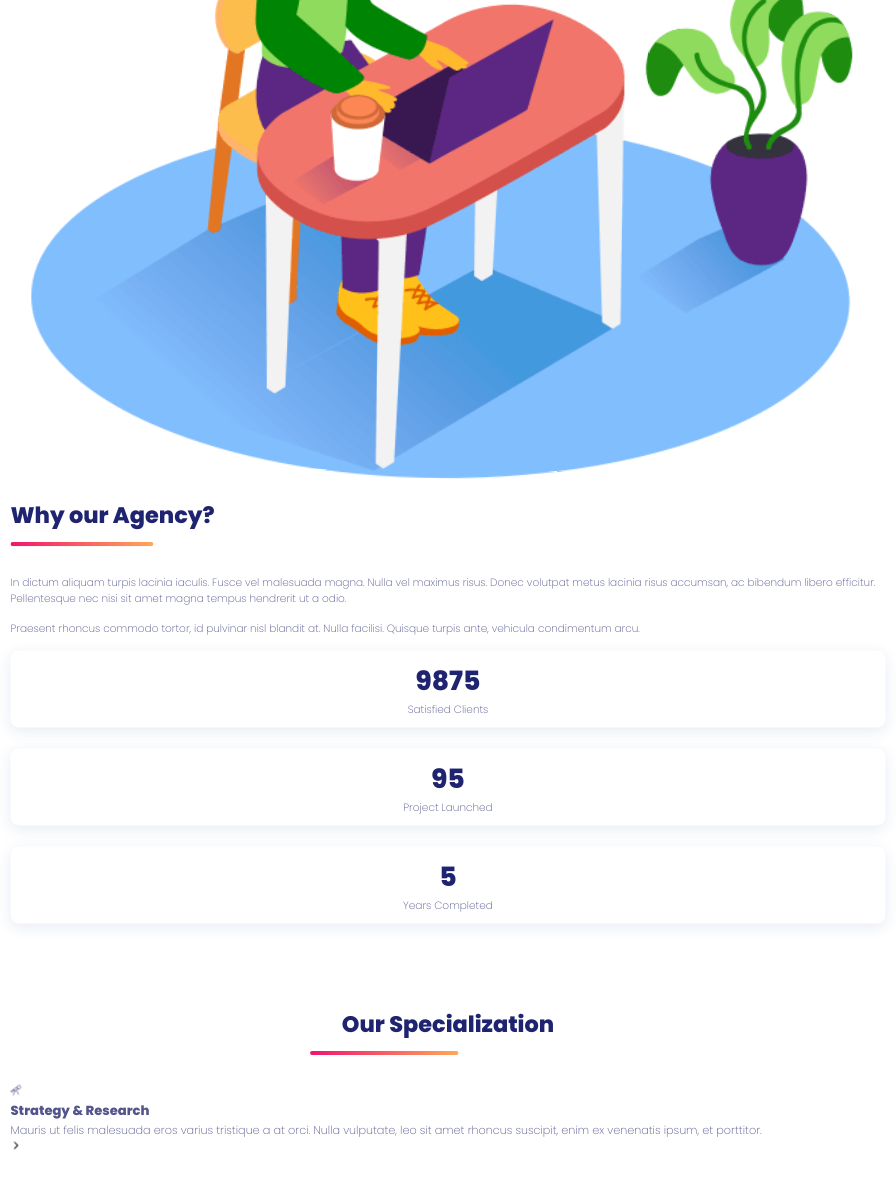
Repository: OmniaRafat232111121/agency
Page: index.html
An editor plug-in stored every save of this project. The page is shown before and after a run of saves, followed by the edit.
The browser window is 1280 px wide. The pictures show the part of the page from y = 1705 to 3625 px (the page is 3417 px tall before and 3625 px after), at 70% of full size.

Above is the page before, as saved 2022-10-28 23:24:04.

After the next 2 saves:
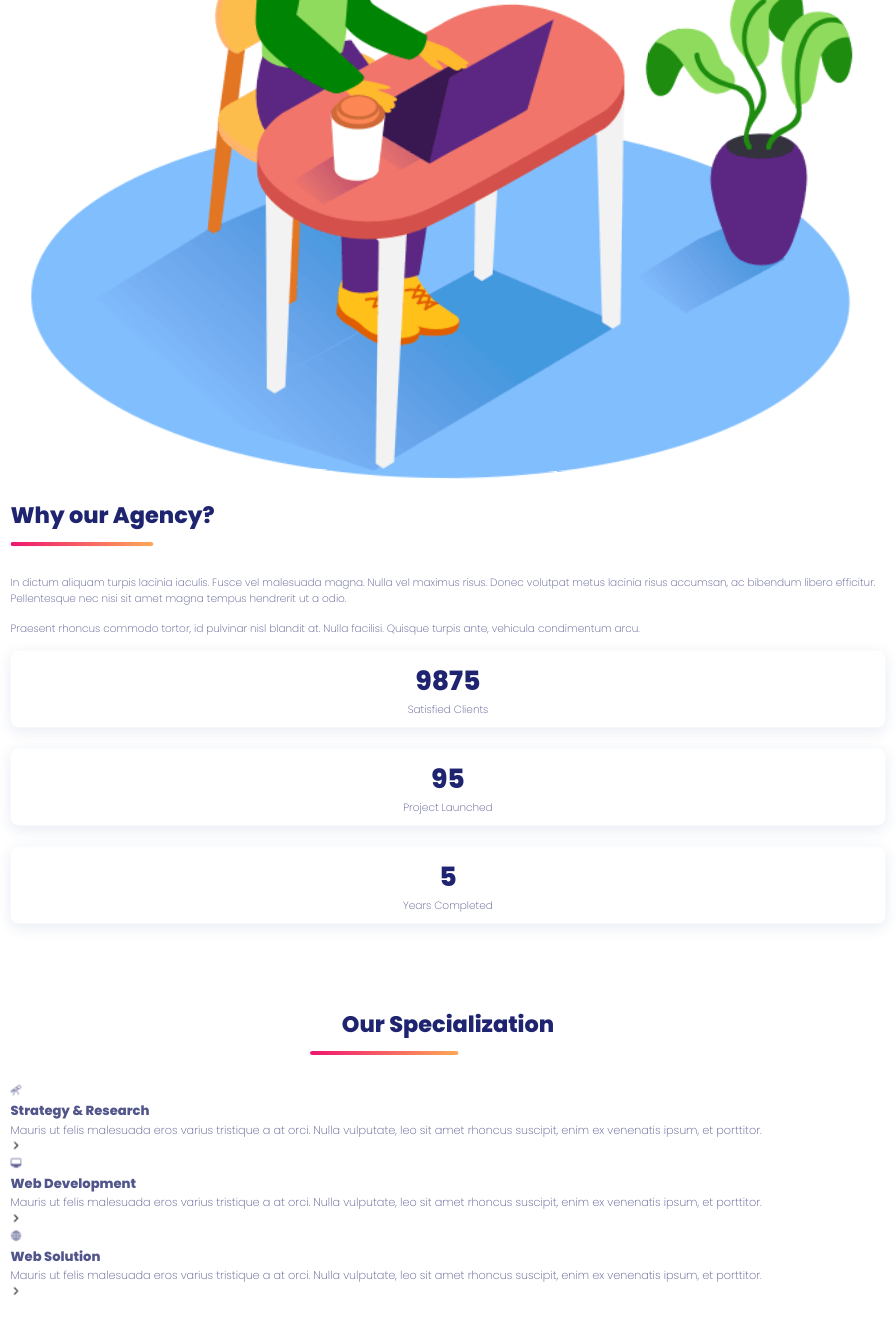
The 2 saves are shown as one change because they came seconds apart.
The last was saved 29 s later.
--- a/index.html
+++ b/index.html
@@ -160,6 +160,49 @@
                   </button>
 
             </li>
+            <li>
+                <div class="service-card">
+
+                  <div class="card-icon">
+                    <ion-icon name="desktop-outline"></ion-icon>
+                  </div>
+
+                  <h3 class="h3 title">Web Development</h3>
+
+                  <p class="text">
+                    Mauris ut felis malesuada eros varius tristique a at orci. Nulla vulputate, leo sit amet rhoncus
+                    suscipit, enim ex
+                    venenatis ipsum, et porttitor.
+                  </p>
+
+                  <button class="card-btn" aria-label="Show More">
+                    <ion-icon name="chevron-forward-outline"></ion-icon>
+                  </button>
+
+                </div>
+              </li>
+
+              <li>
+                <div class="service-card">
+
+                  <div class="card-icon">
+                    <ion-icon name="globe-outline"></ion-icon>
+                  </div>
+
+                  <h3 class="h3 title">Web Solution</h3>
+
+                  <p class="text">
+                    Mauris ut felis malesuada eros varius tristique a at orci. Nulla vulputate, leo sit amet rhoncus
+                    suscipit, enim ex
+                    venenatis ipsum, et porttitor.
+                  </p>
+
+                  <button class="card-btn" aria-label="Show More">
+                    <ion-icon name="chevron-forward-outline"></ion-icon>
+                  </button>
+
+                </div>
+              </li>
 
           </ul>
           </div>
